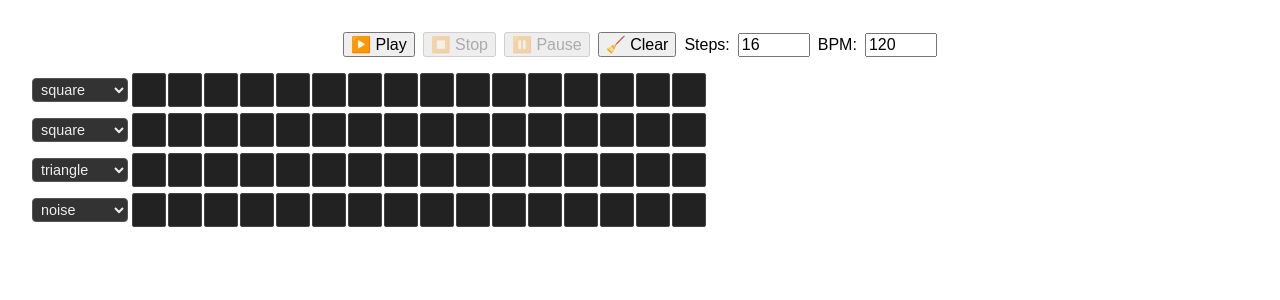
Repository: Aldentec/8-bit-Composer
Page: index.html
The author's editor kept a copy of each file at every save. The page is drawn from the files as they stood at one save, then again after the next save.
The browser window is 1280 px wide. The pictures show the whole page.
Some web libraries are served in a nearby version.

Above is the page before, as saved 2025-05-28 09:04:27.

After the next save:
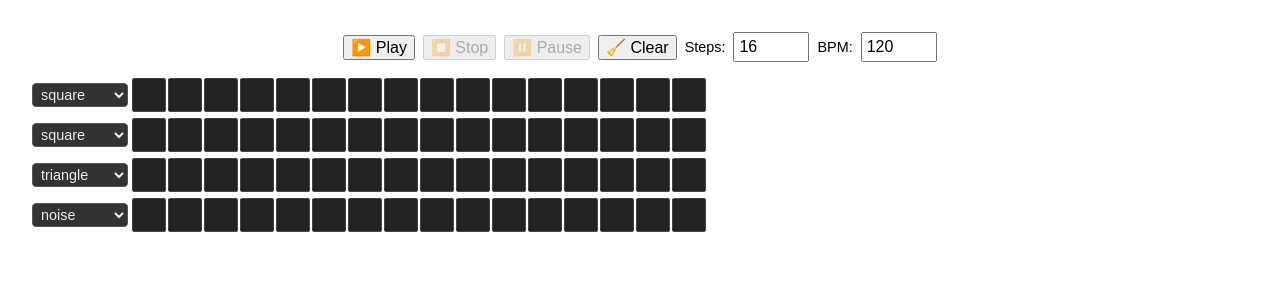
Saved 26 s later.
--- a/style.css
+++ b/style.css
@@ -67,3 +67,11 @@ body {
 #controls select {
   font-size: 1rem;
 }
+#controls label {
+  user-select: none;
+  font-size: 0.9rem;
+}
+#controls input[type="number"] {
+  padding: 0.25rem;
+  font-size: 1rem;
+}
